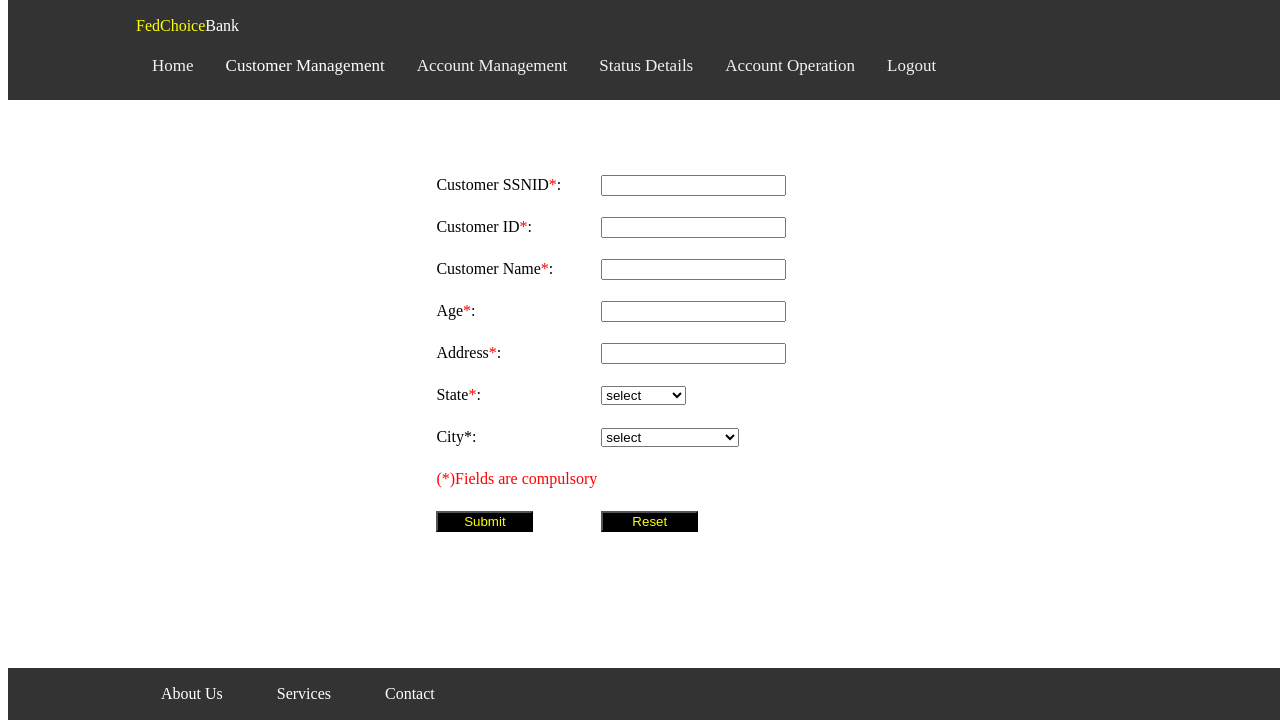
Repository: gopikavinod/RBM
Page: http://localhost/Retail_Bank_Management/userLogged.jsp
The author's editor kept a copy of each file at every save. The page is drawn from the files as they stood at one save, then again after the next save.
The browser window is 1280 px wide. The pictures show the whole page.
The page is served by Tomcat 9.

Above is the page before, as saved 2020-06-16 08:29:56.

After the next save:
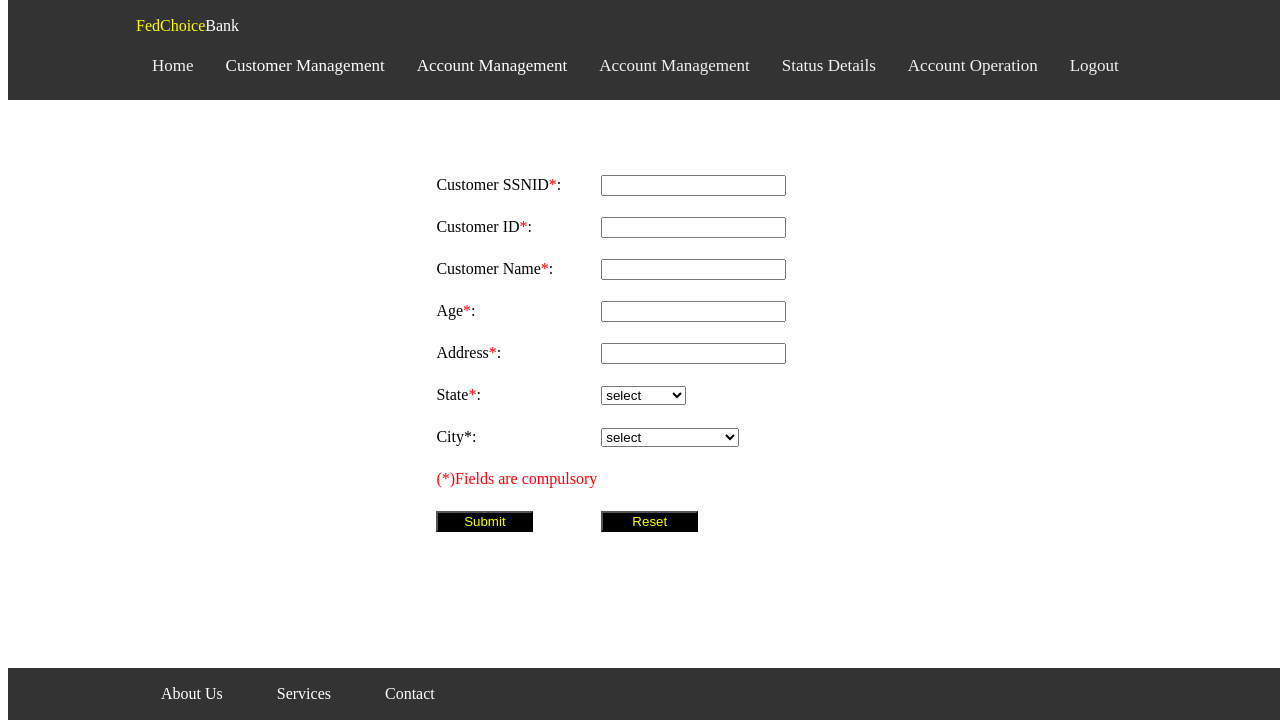
Saved 42 min 0 s later.
--- a/eclipse-workspace/Retail Bank Management/WebContent/userLogged.jsp
+++ b/eclipse-workspace/Retail Bank Management/WebContent/userLogged.jsp
@@ -152,6 +152,17 @@
     </div>
     </div>
 
+   <div class="dropdown">
+    <button class="dropbtn">Account Management
+      <i class="fa fa-caret-down"></i>
+    </button>
+    <div class="dropdown-content">
+      <a href="#">Add Account</a>
+      <a href="#">Update Account</a>
+      <a href="#">Delete Account</a>
+      <a href="#">View Account Details</a>
+    </div>
+    </div>
 
                 <a href="#">Account Management</a>
                 <a href="#">Status Details</a>

After the save that followed:
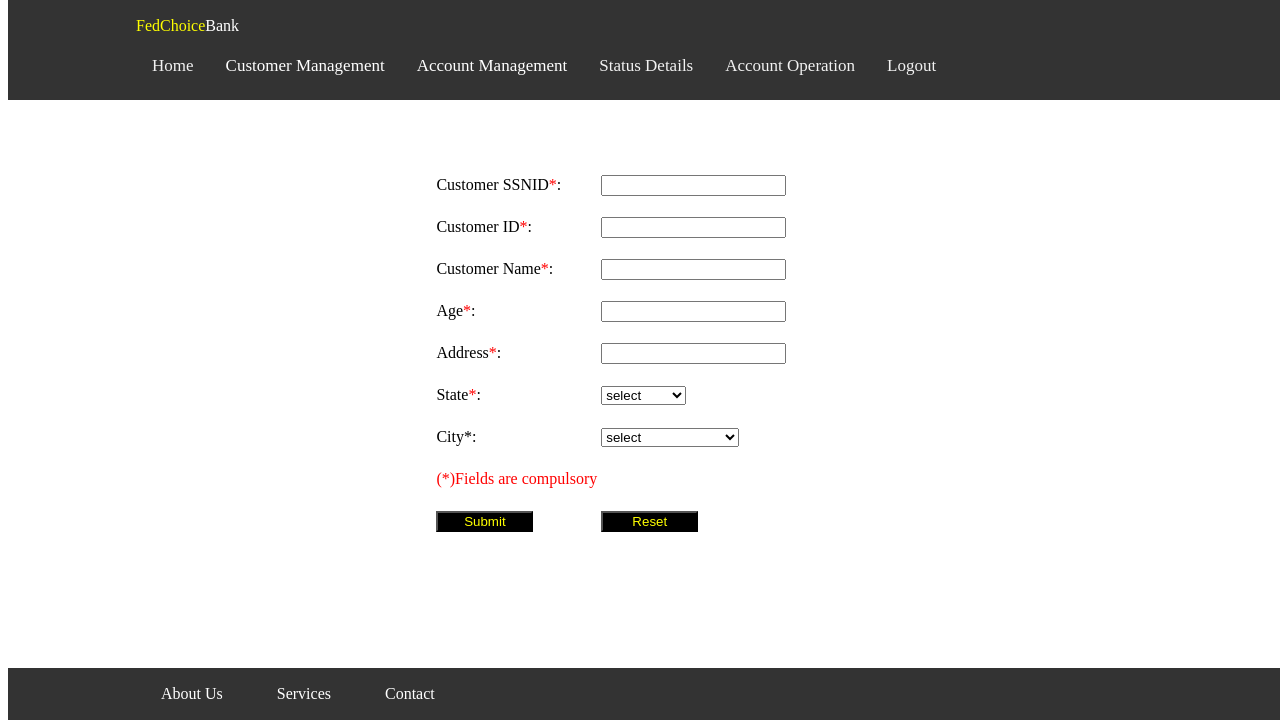
Saved 15 s later.
--- a/eclipse-workspace/Retail Bank Management/WebContent/userLogged.jsp
+++ b/eclipse-workspace/Retail Bank Management/WebContent/userLogged.jsp
@@ -164,7 +164,7 @@
     </div>
     </div>
 
-                <a href="#">Account Management</a>
+
                 <a href="#">Status Details</a>
                 <a href="#">Account Operation</a>
                 <a href="#">Logout</a>
